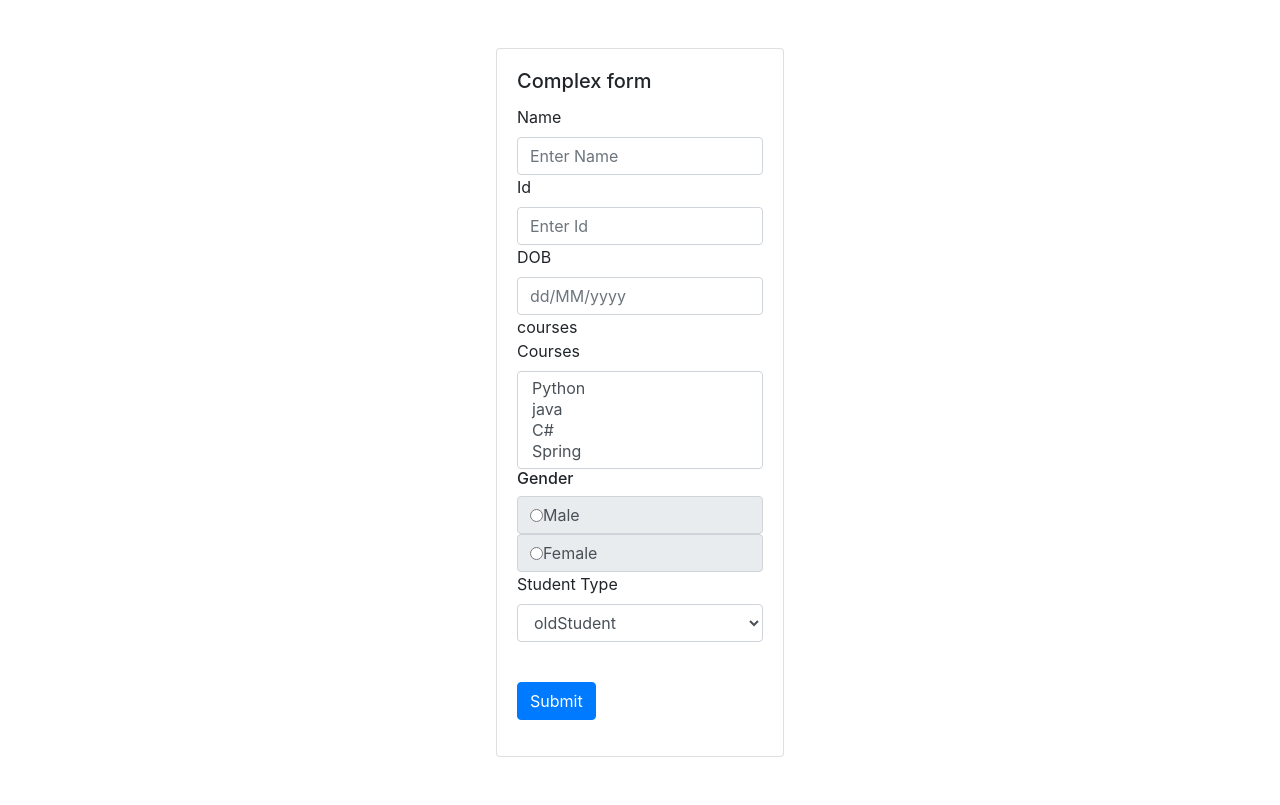
Repository: parvaizsajad/SpringFrameWork
Page: http://localhost/com.springMvc.search/complex
The author's editor kept a copy of each file at every save. The page is drawn from the files as they stood at one save, then again after the next save.
The browser window is 1280 px wide. The pictures show the whole page.
Some web libraries are served in a nearby version. The page is served by Tomcat 9.

Above is the page before, as saved 2021-09-10 12:49:48.

After the next save:
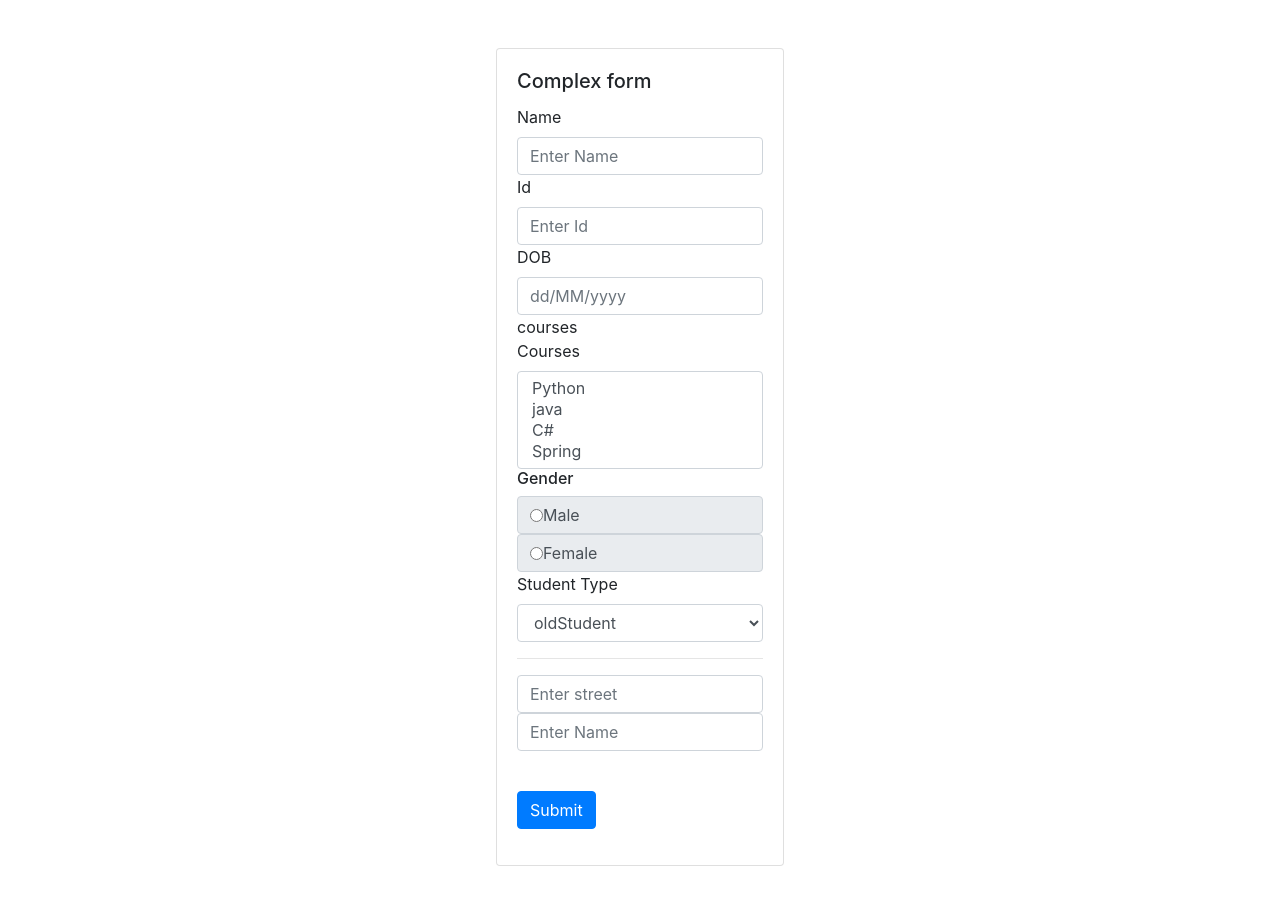
Saved 3 min 7 s later.
--- a/com.springMvc.search/src/main/webapp/WEB-INF/views/complex.jsp
+++ b/com.springMvc.search/src/main/webapp/WEB-INF/views/complex.jsp
@@ -57,6 +57,9 @@
   <option value="newStudent">newStudent</option>
  </select>
 
+ <hr>
+    <input type="text" class="form-control" id="street" aria-describedby="emailHelp" name="address.street" placeholder="Enter street">
+        <input type="text" class="form-control" id="city" aria-describedby="emailHelp" name="address.city" placeholder="Enter Name">
  </div>
 <br>
 
